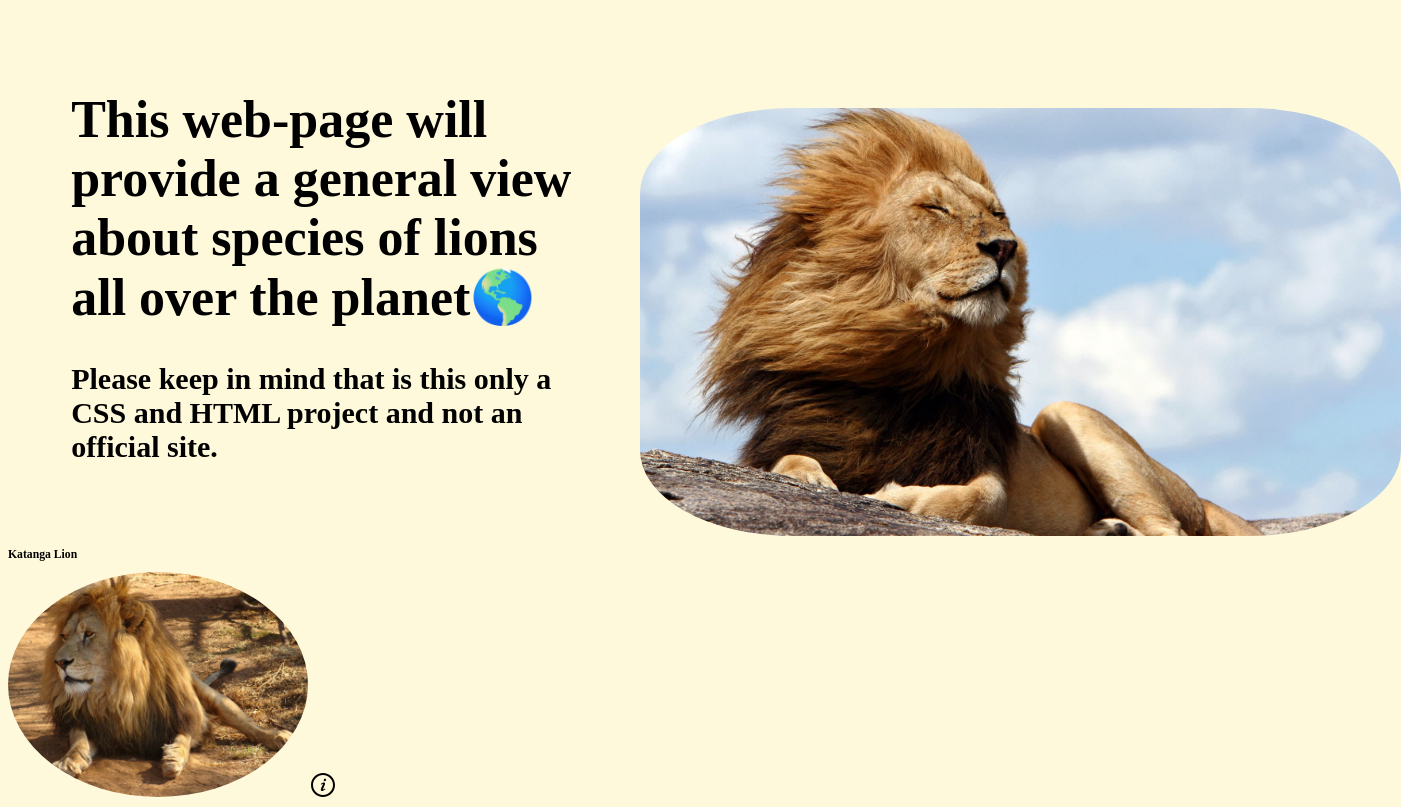
Repository: GeorgeManias/lions_project
Page: index.html
An editor plug-in stored every save of this project. The page is shown before and after the next save, followed by the edit.
The browser window is 1280 px wide. The page is 1401 px wide, so the pictures cover 1401 px, including what lies to the right of the window. The pictures show the whole page.

Above is the page before, as saved 2021-11-03 19:48:22.

### index.html
<!DOCTYPE html>
<html lang="en">
  <head>
    <link rel="stylesheet" href="index.css" />
    <link
      href="https://fonts.googleapis.com/css2?family=Roboto:ital@1&display=swap"
      rel="stylesheet"
    />
    <title>King of the Jungle</title>
  </head>
  <div class="container">
    <!--This will be the container fro the main_page-->

    <body>
      <!--Class above will support the grid between header and main photo-->
      <div class="headers_and_mainphoto">
        <header>
          <!--This area will be for the upper body part-->
          <h1 class="main_header">
            This web-page will provide a general view about species of lions all
            over the planet🌎
          </h1>
          <h2 class="project_header">
            Please keep in mind that is this only a CSS and HTML project and not
            an official site.
          </h2>
        </header>
        <img
          src="pictures/main_lion.jpg"
          alt="main_lion_photo"
          class="main_photo"
        />
      </div>
      <div class="grid_with_6_pictures">
        <!--Katanga_Lion_Start-->
        <h3 id="katanga_title_cord" class="titles_6">Katanga Lion</h3>
        <img
          src="pictures/katanga_lion.jpg"
          alt="katanga_lion"
          id="katanga_img_cord"
          class="img_6"
        />
        <svg
          id="katanga_info_cord"
          class="info_svg"
          xmlns="http://www.w3.org/2000/svg"
          width="24"
          height="24"
          viewBox="0 0 24 24"
        >
          <path
            d="M12 2c5.514 0 10 4.486 10 10s-4.486 10-10 10-10-4.486-10-10 4.486-10 10-10zm0-2c-6.627 0-12 5.373-12 12s5.373 12 12 12 12-5.373 12-12-5.373-12-12-12zm-2.033 16.01c.564-1.789 1.632-3.932 1.821-4.474.273-.787-.211-1.136-1.74.209l-.34-.64c1.744-1.897 5.335-2.326 4.113.613-.763 1.835-1.309 3.074-1.621 4.03-.455 1.393.694.828 1.819-.211.153.25.203.331.356.619-2.498 2.378-5.271 2.588-4.408-.146zm4.742-8.169c-.532.453-1.32.443-1.761-.022-.441-.465-.367-1.208.164-1.661.532-.453 1.32-.442 1.761.022.439.466.367 1.209-.164 1.661z"
          />
        </svg>
      </div>
    </body>
  </div>
</html>

<!--1
  Katanga lion
  Congo Lion
  Transvaal lion
  East African lion
  Asiatic lion
  West African lion

-->

### index.css
/*

--- 01 TYPOGRAPHY SYSTEM

- Font sizes (px)
10 / 12 / 14 / 16 / 18 / 20 / 24 / 30 / 36 / 44 / 52 / 62 / 74 / 86 / 98

- Font weights
Default: 400
Medium: 500
Semi-bold: 600
Bold: 700

- Line heights
Default: 1
Small: 1.05
Medium: 1.2
Paragraph default: 1.6

- Letter spacing
-0.5px
0.75px

--- 02 COLORS

- Primary: ##fab005
- Tints:
#fff9db

- Shades:


- Accents:
- Greys

#888
#767676 (lightest grey allowed on #fff)
#6f6f6f (lightest grey allowed on #fdf2e9)
#555
#333

--- 05 SHADOWS

0 2.4rem 4.8rem rgba(0, 0, 0, 0.075);

--- 06 BORDER-RADIUS

Default: 9px
Medium: 11px

--- 07 WHITESPACE

- Spacing system (px)
2 / 4 / 8 / 12 / 16 / 24 / 32 / 48 / 64 / 80 / 96 / 128
*/

html {
  /*εδώ βάζω το 10 με σκοπο το αλλο να έχει ευκολο πολαπλασσιο του rem*/
  font-size: 10px;
  margin-left: 0%;
  margin-right: 0%;
}

body {
  background-color: #fff9db;
}

header {
  margin-left: 10%;
  margin-right: 10%;
}

.main_header {
  font-size: 5.2rem;
}

.project_header {
  font-size: 3rem;
  border: aquamarine 5px;
}

.headers_and_mainphoto {
  /*Αυτο το πεδίο αναφέρεται στο grid*/
  display: grid;
  grid-template-columns: 50% 50%;
  align-items: center;
}

.grid_with_9_pictures {
  display: grid;
  grid-template-columns: 1fr 1fr 1fr 1fr 1fr 1fr;
  grid-template-rows: 1fr 1fr 1fr;
}

.main_photo {
  width: 761px;
  margin-top: 100px;
  border-radius: 20%;
}

.img_6 {
  width: 300px;
  border-radius: 50%;
}

/*//////////////////////////////////////////////////////////////////////////////////////////////////////////////////////////////////////////////////////////////////*/
/*Katanga Lion Cord Start*/
#katanga_title_cord {
  grid-column: 1/2;
  grid-row: 1/2;
}
#katanga_img_cord {
  grid-column: 1/2;
  grid-row: 2/3;
}

After the next save:
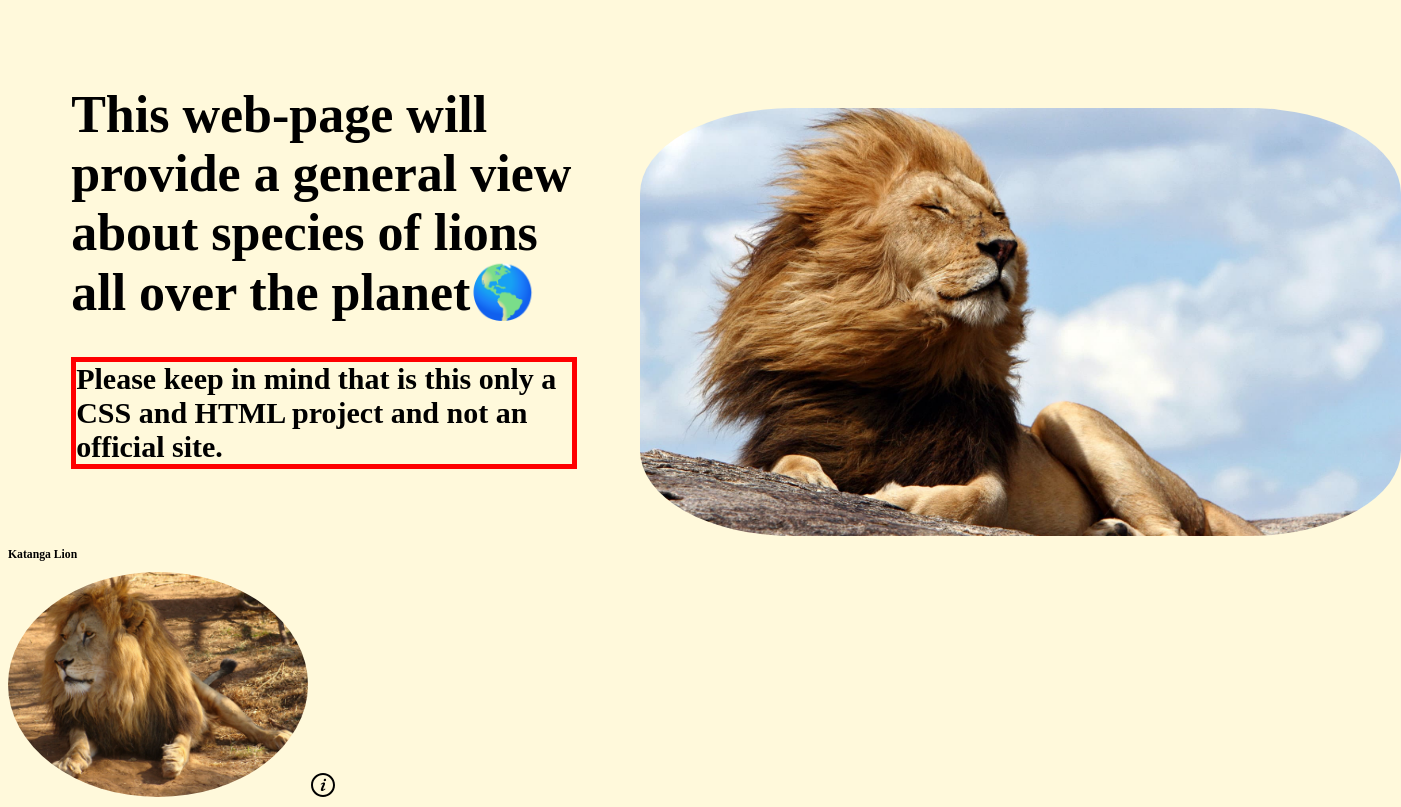
Saved 74 s later.
--- a/index.css
+++ b/index.css
@@ -76,7 +76,7 @@ header {
 
 .project_header {
   font-size: 3rem;
-  border: aquamarine 5px;
+  border: 5px solid red;
 }
 
 .headers_and_mainphoto {
